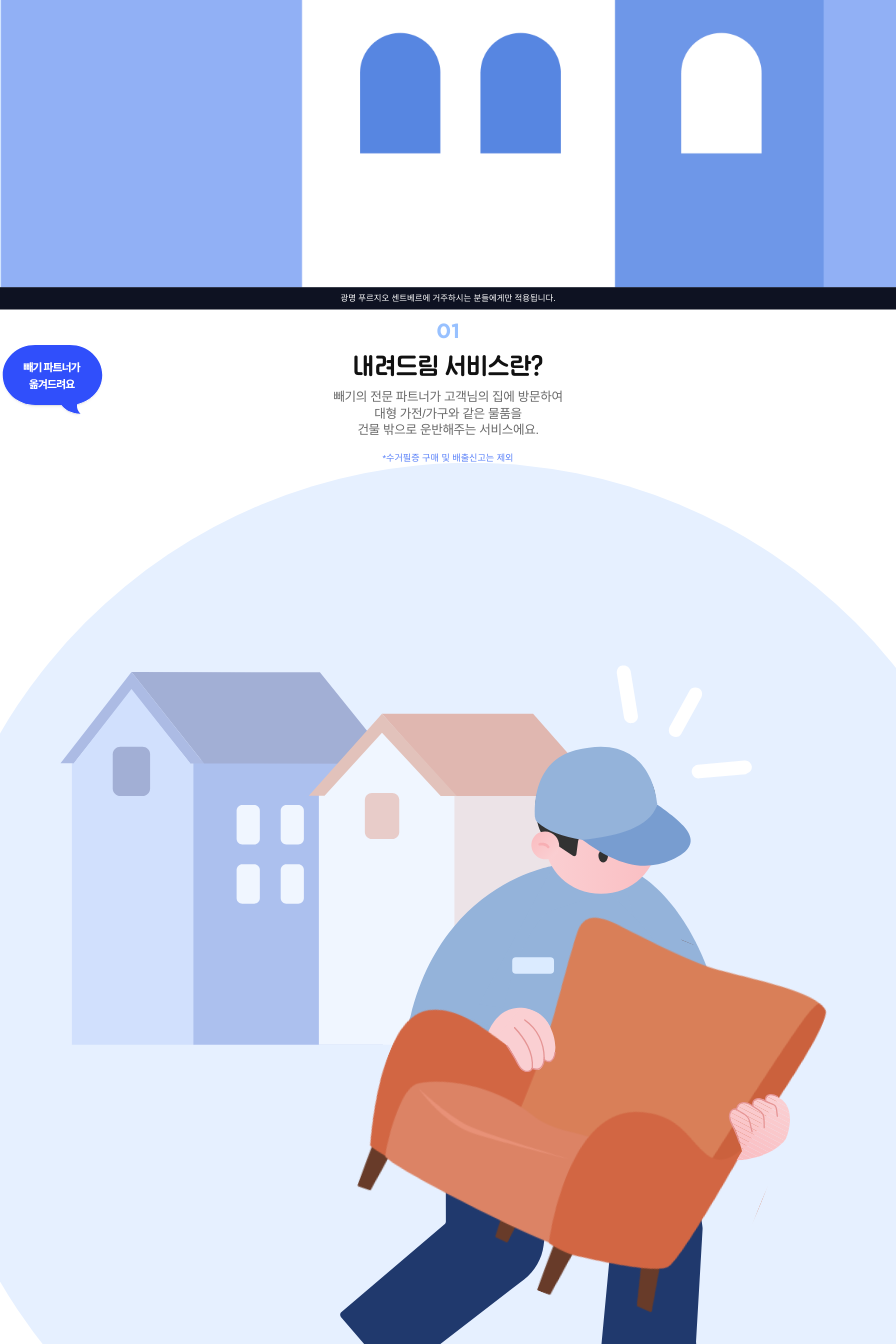
Repository: seraLeeDev/lgthinq-test
Page: index2.html
The author's editor kept a copy of each file at every save. The page is drawn from the files as they stood at one save, then again after the next save.
The browser window is 1280 px wide. The pictures show the part of the page from y = 3033 to 4953 px (the page is 19053 px tall), at 70% of full size.
Some web fonts or font styles are not loaded; a fallback is used.

Above is the page before, as saved 2023-03-15 12:57:55.
Console error: ReferenceError: AOS is not defined

### index2.html
<!DOCTYPE html>
<html lang="ko">
  <head>
    <meta charset="UTF-8" />
    <meta http-equiv="X-UA-Compatible" content="IE=edge" />
    <meta name="viewport" content="width=device-width, initial-scale=1.0" />
    <title>빼기 | 새롭게 버리는 공식</title>
    <link as="style" rel="stylesheet" href="/css/reset.css" />
    <link as="style" rel="stylesheet" href="/css/font.css" />
    <link as="style" rel="stylesheet" href="/css/style.css" />
    <link href="https://unpkg.com/aos@2.3.1/dist/aos.css" rel="stylesheet" />
    <link
      rel="stylesheet"
      href="https://cdn.jsdelivr.net/gh/orioncactus/pretendard@v1.3.5/dist/web/static/pretendard-dynamic-subset.css"
    />
    <link
      rel="apple-touch-icon"
      sizes="57x57"
      href="/icons/apple-icon-57x57.png"
    />
    <link
      rel="apple-touch-icon"
      sizes="60x60"
      href="/icons/apple-icon-60x60.png"
    />
    <link
      rel="apple-touch-icon"
      sizes="72x72"
      href="/icons/apple-icon-72x72.png"
    />
    <link
      rel="apple-touch-icon"
      sizes="76x76"
      href="/icons/apple-icon-76x76.png"
    />
    <link
      rel="apple-touch-icon"
      sizes="114x114"
      href="/icons/apple-icon-114x114.png"
    />
    <link
      rel="apple-touch-icon"
      sizes="120x120"
      href="/icons/apple-icon-120x120.png"
    />
    <link
      rel="apple-touch-icon"
      sizes="144x144"
      href="/icons/apple-icon-144x144.png"
    />
    <link
      rel="apple-touch-icon"
      sizes="152x152"
      href="/icons/apple-icon-152x152.png"
    />
    <link
      rel="apple-touch-icon"
      sizes="180x180"
      href="/icons/apple-icon-180x180.png"
    />
    <link
      rel="icon"
      type="image/png"
      sizes="192x192"
      href="/icons/android-icon-192x192.png"
    />
    <link
      rel="icon"
      type="image/png"
      sizes="32x32"
      href="/icons/favicon-32x32.png"
    />
    <link
      rel="icon"
      type="image/png"
      sizes="96x96"
      href="/icons/favicon-96x96.png"
    />
    <link
      rel="icon"
      type="image/png"
      sizes="16x16"
      href="/icons/favicon-16x16.png"
    />
    <script type="text/javascript" src="/js/index.js"></script>
    <script src="https://unpkg.com/aos@2.3.1/dist/aos.js"></script>
  </head>
  <body>
    <div class="wrapper">
      <!-- 메인 -->
      <article class="article-box">
        <div class="box-img-full">
          <img src="./img/[LG ThinQ] main img.gif" alt="내려드림,할인드림" />
        </div>
        <div class="main-notice">
          <p>광명 푸르지오 센트베르에 거주하시는 분들에게만 적용됩니다.</p>
        </div>
      </article>
      <!-- ThinQ & 빼기 설명 -->
      <article></article>
      <!-- 내려드림 소개 -->
      <article>
        <!-- 01. 내려드림 서비스란? -->
        <section class="section-wrap">
          <div class="box-content sec1">
            <b class="index text-blue-04-variation">01</b>
            <h2 class="GGothic h2">내려드림 서비스란?</h2>
            <p class="section-desc">
              빼기의 전문 파트너가 고객님의 집에 방문하여<br />
              대형 가전/가구와 같은 물품을<br />
              건물 밖으로 운반해주는 서비스에요.
            </p>
            <small class="section-caption text-blue-03"
              >*수거필증 구매 및 배출신고는 제외</small
            >
          </div>
          <div class="box-img-bubble">
            <img
              src="/img/01_bubble.svg"
              alt="빼기 파트너가 옮겨드려요 말풍선"
            />
          </div>
          <div class="box-img-full">
            <img src="/img/01_illust.svg" alt="사람이 물건을 옮기는 일러스트" />
          </div>
        </section>
        <!-- 02. 내려드림 추천 -->
        <section>
          <div class="box-content">
            <b class="index text-gray76">02</b>
            <h2 class="GGothic h2">
              <span class="text-blue-02">내려드림</span><br />
              이런 분들에게 추천해요!
            </h2>
          </div>

          <ul class="img-card-list">
            <li>
              <img src="./img/02_illust_1.svg" alt="무거운 물건 일러스트" />
            </li>
            <li>
              <img src="./img/02_illust_2.svg" alt="저렴한 가격 일러스트" />
            </li>
            <li>
              <img src="./img/02_illust_3.svg" alt="카드 결제 일러스트" />
            </li>
          </ul>
        </section>
        <!-- 03. 가격 설명 -->
        <section class="bg-receipt">
          <div class="box-content">
            <b class="index text-blue-04">03</b>
            <h2 class="GGothic h2">
              타 업체보다 <br /><span class="text-blue-etc text-highlight"
                >평균 40% 저렴</span
              >해요!
            </h2>
            <p class="section-desc">
              타 업체 견적가 데이터 기준으로<br />
              비교한 금액이에요.
            </p>
          </div>
          <ul class="img-card-list">
            <li>
              <img src="./img/03_illust_1.svg" alt="2인용 소파 가격 그래프" />
            </li>
            <li>
              <img src="./img/03_illust_2.svg" alt="2단 서랍장 가격 그래프" />
            </li>
          </ul>
        </section>
        <!-- 04. 내려드림 신청 방법 -->
        <section class="bg-blue02">
          <div class="box-content">
            <b class="index text-blue-04">04</b>
            <h2 class="GGothic h2 text-white">내려드림 신청 방법</h2>

            <div class="box-content">
              <span class="box-chip GGothic text-white bg-orange02 font-normal"
                >신청 전 확인하기</span
              >
              <div class="box-img-half">
                <img src="./img/apply_step0.svg" alt="회원가입 이미지" />
              </div>
              <p class="text-white section-desc sec4">
                <span class="text-yellow"
                  >이벤트 페이지에서 앱으로 설치·이동 후 <br />회원가입</span
                >을 해주세요
              </p>
            </div>
            <div class="bg-indigo box-caution">
              <img
                class="img-caution"
                src="./img/cancel_impossible_100_filled_gray.svg"
                alt="주의 아이콘"
              />
              <small class="text-indigo text-caution"
                >이벤트 페이지를 통하지 않으면 할인 혜택을 받기 어려워요.<br />
                꼭! 이벤트 페이지를 통해 빼기 앱을 설치해주세요.</small
              >
            </div>
            <div>
              <span class="box-chip GGothic text-white bg-lightblue Gotham"
                >STEP 01</span
              >
              <div class="box-img-half">
                <img src="./img/apply_step1.svg" alt="내려드림 선택 이미지" />
              </div>
              <p class="text-white section-desc sec4">
                메인 - 대형폐기물 탭 - 대신 버려주세요
              </p>
            </div>

            <div>
              <span class="box-chip GGothic text-white bg-lightblue Gotham"
                >STEP 02</span
              >
              <div class="box-img-half">
                <img src="./img/apply_step2.svg" alt="배출장소 선택 이미지" />
              </div>
              <p class="text-white section-desc sec4">
                물품 정보 입력 후 신청페이지에서<br />
                배출물품을 내려놓을 장소를 입력해주세요.
              </p>
            </div>
            <div>
              <span class="box-chip GGothic text-white bg-lightblue Gotham"
                >STEP 03</span
              >
              <div class="box-img-half">
                <img src="./img/apply_step3.svg" alt="내려드림 작업 이미지" />
              </div>
              <p class="text-white section-desc sec4">
                파트너님이 방문해서<br />
                지정하신 장소에 물품을 내려드려요.
              </p>
            </div>
            <div>
              <span class="box-chip GGothic text-white bg-lightblue Gotham"
                >STEP 04</span
              >
              <div class="box-img-half">
                <img src="./img/apply_step4.svg" alt="수거필증 구매 이미지" />
              </div>
              <p class="text-white section-desc sec4">
                작업 완료 후 고객님이<br />
                수거필증을 구매해주셔야해요.
              </p>
            </div>
            <div>
              <span class="box-chip GGothic text-white bg-lightblue Gotham"
                >STEP 05</span
              >
              <div class="box-img-half">
                <img src="./img/apply_step5.svg" alt="빼기번호 부착 이미지" />
              </div>
              <p class="text-white section-desc sec4">
                수거필증 결제 후 제공되는 빼기 번호를<br />
                배출 물품에 떨어지지 않도록 부착해주세요.
              </p>
            </div>
          </div>
        </section>
      </article>
      <!-- 05 : 자주묻는 질문-->
      <article class="bg-black">
        <section>
          <div class="box-content">
            <b class="index text-blue-02">05</b>
            <h2 class="GGothic h2 text-white">자주 묻는 질문</h2>
            <p class="section-desc text-grayb9">
              내려드림과 관련한<br />
              자주 묻는 질문을 정리해뒀어요.
            </p>
          </div>

          <ul class="faq-list">
            <li>
              <div class="faq-head">
                <h5 class="font-bold text-question">Q. 내려드림이 뭐에요?</h5>
                <i class="btn-faq-toggle">
                  <img src="/img/icon_plus_24_black.svg" alt="플러스 버튼" />
                </i>
              </div>
              <p class="text-answer font-normal">
                내려드림이란 빼기의 전문 파트너가 고객님의 집에 방문하여 대형
                가전/가구와 같은 물품을 건물 밖으로 운반해주는 서비스입니다.
              </p>
            </li>
            <li>
              <div class="faq-head">
                <h5 class="font-bold text-question">
                  Q. 수거 필증을 왜 구매해야 하나요?
                </h5>
                <i class="btn-faq-toggle">
                  <img src="/img/icon_plus_24_black.svg" alt="플러스 버튼" />
                </i>
              </div>
              <p class="text-answer font-normal">
                지자체에서 발급되는 수거필증을 구매해야만 내려드림으로 신청하신
                물품이 수거가 됩니다.
              </p>
            </li>
            <li>
              <div class="faq-head">
                <h5 class="font-bold text-question">
                  Q. ThinQ 회원 5% 할인은 어떻게 받나요?
                </h5>
                <i class="btn-faq-toggle">
                  <img src="/img/icon_plus_24_black.svg" alt="플러스 버튼" />
                </i>
              </div>
              <p class="text-answer font-normal">
                이벤트 페이지 내 버튼을 통하여 빼기 앱 설치 후 광명 푸르지오
                센트베르 거주자에 한하여 할인 혜택이 적용됩니다.
              </p>
            </li>
            <li>
              <div class="faq-head">
                <h5 class="font-bold text-question">
                  Q. 일정 변경이 가능한가요?
                </h5>
                <i class="btn-faq-toggle">
                  <img src="/img/icon_plus_24_black.svg" alt="플러스 버튼" />
                </i>
              </div>
              <p class="text-answer font-normal">
                파트너 매칭 전에는 일정 변경이 언제든 가능하며, 파트너 매칭 후
                일정 변경을 희망하실 경우, 매칭 된 빼기 파트너와 직접 일정을
                협의하셔야 합니다.
              </p>
            </li>
            <li>
              <div class="faq-head">
                <h5 class="font-bold text-question">Q. 그 외 질문</h5>
                <i class="btn-faq-toggle">
                  <img src="/img/icon_plus_24_black.svg" alt="플러스 버튼" />
                </i>
              </div>
              <div>
                <p class="text-answer font-normal">
                  빼기 FAQ 페이지에서 더 많은 질문을 확인할 수 있습니다.
                </p>
                <a class="btn-faq-link">다른 질문 확인하기</a>
              </div>
            </li>
          </ul>
        </section>
        <footer>
          <div class="box-img-full">
            <img src="/img/banner.svg" alt="내려드림 이동 배너" />
          </div>
          <div class="footer-logo">
            <p class="text-white">새롭게 버리는 공식</p>
            <img src="/img/bbegi_app_logo.svg" alt="빼기 로고" />
          </div>
        </footer>
      </article>
      <!-- 플로팅 버튼 -->
      <!-- <div class="box-float">
        <button class="btn-float font-bold">빼기 바로가기</button>
      </div> -->
    </div>
  </body>
</html>

### css/font.css
@charset "UTF-8";

@font-face {
  font-family: "Pretendard";
  src: url("https://cdn.jsdelivr.net/gh/orioncactus/pretendard@v1.3.5/dist/web/static/pretendard-dynamic-subset.css");
}

@font-face {
  font-family: "HGSoftGGothicssi";
  font-style: normal;
  font-weight: 100;
  src: url(/font/HGSoftGGothicssi-00g.woff2) format("woff2"),
    url(/font/HGSoftGGothicssi-00g.woff) format("woff"),
    url(/font/HGSoftGGothicssi-00g.otf) format("opentype");
}

@font-face {
  font-family: "HGSoftGGothicssi";
  font-style: normal;
  font-weight: 200;
  src: url(/font/HGSoftGGothicssi-20g.woff2) format("woff2"),
    url(/font/HGSoftGGothicssi-20g.woff) format("woff"),
    url(/font/HGSoftGGothicssi-20g.otf) format("opentype");
}

@font-face {
  font-family: "HGSoftGGothicssi";
  font-style: normal;
  font-weight: 400;
  src: url(/font/HGSoftGGothicssi-40g.woff2) format("woff2"),
    url(/font/HGSoftGGothicssi-40g.woff) format("woff"),
    url(/font/HGSoftGGothicssi-40g.otf) format("opentype");
}

@font-face {
  font-family: "HGSoftGGothicssi";
  font-style: normal;
  font-weight: 600;
  src: url(/font/HGSoftGGothicssi-60g.woff2) format("woff2"),
    url(/font/HGSoftGGothicssi-60g.woff) format("woff"),
    url(/font/HGSoftGGothicssi-60g.otf) format("opentype");
}

@font-face {
  font-family: "HGSoftGGothicssi";
  font-style: normal;
  font-weight: 800;
  src: url(/font/HGSoftGGothicssi-80g.woff2) format("woff2"),
    url(/font/HGSoftGGothicssi-80g.woff) format("woff"),
    url(/font/HGSoftGGothicssi-80g.otf) format("opentype");
}

@font-face {
  font-family: "HGSoftGGothicssi";
  font-style: normal;
  font-weight: 900;
  src: url(/font/HGSoftGGothicssi-90g.woff2) format("woff2"),
    url(/font/HGSoftGGothicssi-90g.woff) format("woff"),
    url(/font/HGSoftGGothicssi-90g.otf) format("opentype");
}

@font-face {
  font-family: "Gotham";
  font-style: normal;
  font-weight: 700;
  src: url(/font/Gotham-Bold.woff2) format("woff2"),
    url(/font/Gotham-Bold.woff) format("woff"),
    url(/font/Gotham-Bold.otf) format("opentype");
}

### css/style.css
@charset "UTF-8";
/*
*
* TYPOGRAPHY
*
*/
html,
body,
.wrapper {
  font-family: "Pretendard", sans-serif !important;
  font-size: 10px; /*1rem: 10px*/
}
.GGothic {
  font-family: "HGSoftGGothicssi", sans-serif !important;
}
.Gotham {
  font-family: "Gotham", sans-serif !important;
}
.font-normal {
  font-weight: 400 !important;
}
.font-semiBold {
  font-weight: 600 !important;
}
.font-bold {
  font-weight: 800 !important;
}
.font-extraBold {
  font-weight: 900 !important;
}
.index {
  font-family: "Gotham", sans-serif !important;
  font-size: 6rem;
}
.h2 {
  margin-bottom: 12px;
  text-align: center;
  font-size: 7rem !important;
  line-height: 0.6;
  color: #111;
}
.section-desc {
  font-size: 1.8rem;
  line-height: 1.3;
  color: #6a6a6a;
  letter-spacing: -0.5px;
}
.section-caption {
  display: inline-block;
  margin-top: 22px;
  font-size: 13px;
}
.text-gray-01 {
  color: #111111 !important;
}
.text-blue-02 {
  color: #304ffb !important;
}
.text-blue-03 {
  color: #5980f9 !important;
}
.text-blue-04 {
  color: #8fb5ff !important;
}
.text-blue-04-variation {
  color: #98c1ff !important;
}
.text-blue-etc {
  color: #2285fa !important;
}
.text-indigo {
  color: #9aa9ff !important;
}
.text-white {
  color: #fff;
}
.text-grayb9 {
  color: #b9b9b9 !important;
}
.text-gray76 {
  color: #767676 !important;
}
.text-yellow {
  color: #ffed8f !important;
}
.index {
  margin-bottom: 15px;
}
.text-caution {
  font-size: 1.2rem;
  line-height: 1.2;
}
.text-question {
  font-size: 1.8rem;
}
.text-answer {
  width: 90%;
  margin-top: 20px;
  font-size: 1.6rem;
  line-height: 1.2;
}
.text-answer::before {
  content: "•";
  padding-right: 5px;
}
/*
*
* COMMON
*
*/

.box-img-full {
  width: 100%;
}
.box-img-full img,
.box-img-half img {
  width: 100%;
  vertical-align: bottom;
}
.box-img-half {
  width: 50%;
  margin: 0 auto;
}
.box-content {
  width: 100%;
  text-align: center;
}
.box-content .sec1 {
  padding: 90px 54px 0;
}
.box-caution {
  display: flex;
  flex-direction: column;
  justify-content: center;
  align-items: center;
  padding: 40px;
}
.box-float {
  position: fixed;
  bottom: 135px;
  display: flex;
  justify-content: center;
  align-items: center;
  width: 100%;
  height: 75px;
}
.box-chip {
  padding: 0.5rem 1.5rem;
  font-size: 2.8rem;
  font-weight: 700;
  border-radius: 50px;
  color: white;
  text-align: center;
  letter-spacing: 0;
}
.bg-orange02 {
  background-color: #f78752 !important;
}
.bg-lightblue {
  background-color: #7d9aff !important;
}
.bg-blue02 {
  background-color: #304ffb !important;
}
.bg-indigo {
  background-color: #192250 !important;
}
.bg-black {
  background-color: #262626 !important;
}
.bg-receipt {
  padding: 100px 0;
  background-color: #edf1ff;
  position: relative;
}
.bg-receipt::before,
.bg-receipt::after {
  position: absolute;
  content: "●●●●●●●●●●●●●●●●●●";
  font-size: 2rem;
  letter-spacing: 6px;
}
.bg-receipt::before {
  color: white;
  top: -10px;
}
.bg-receipt::after {
  color: #304ffb;
  bottom: -10px;
}
.img-card-list {
  width: 100%;
}
.img-card-list li {
  padding: 0 20px;
  margin-bottom: 20px;
}
.img-card-list li:last-child {
  margin: 0;
}
.img-card-list li img {
  width: 100%;
}
.main-notice {
  width: 100%;
  padding: 10px 0;
  background: #0e1222;
}
.main-notice p {
  width: 100%;
  text-align: center;
  font-size: 1.2rem;
  color: #fff;
}
/* article 1 style */
.section-wrap {
  position: relative;
}
.box-img-bubble {
  position: absolute;
  top: 50px;
  width: 150px;
}
.box-img-bubble img {
  width: 100%;
}
.sec1 .box-img-full {
  margin-top: 45px;
}

/* article 2 style */
/* article 3 style */
.text-highlight {
  padding: 0 5px;
  background: url(/img/marker_line.svg) no-repeat 50% 120%;
  background-size: 100%;
}
/* article 4 style */
.section-desc .sec4 {
  letter-spacing: -0.3px;
  font-weight: 400;
}
.img-caution {
  display: block;
  width: 30px;
}
/* article 5 style */
.faq-list {
  padding: 0 24px;
  color: #b9b9b9;
}
.faq-list li {
  padding: 30px 0;
  border-bottom: 1px solid #666666;
}
.faq-list li:last-child {
  border-bottom: none;
}
.faq-head {
  display: flex;
  justify-content: space-between;
  align-items: center;
  width: 100%;
}
/* footer */
.footer-logo {
  display: flex;
  flex-direction: column;
  justify-content: center;
  align-items: center;
  padding: 70px 0;
}
.footer-logo p {
  font-size: 1.8rem;
  margin-bottom: 10px;
}
.footer-logo img {
  width: 100px;
}
/*
*
*BUTTON
*
*/
.btn-faq-toggle {
  display: flex;
  justify-content: center;
  align-items: center;
  width: 40px;
  height: 40px;
}
.btn-faq-toggle img {
  display: block;
  width: 18px;
  height: 18px;
}
.btn-faq-link {
  display: inline-block;
  padding: 10px 15px;
  margin-top: 18px;
  border: 1px solid #b9b9b9;
  font-size: 1.6rem;
  border-radius: 50px;
}
.btn-float {
  width: 80%;
  height: 100%;
  margin: 0 auto;
  font-size: 2.4rem;
  color: white;
  background: #1331d9;
  border-radius: 50px;
  border: none;
  outline: none;
  box-shadow: 0px 10px 20px -5px rgba(0, 0, 0, 0.2);
}

Loaded but not shown: css/reset.css (common file); js/index.js (common file)

After the next save:
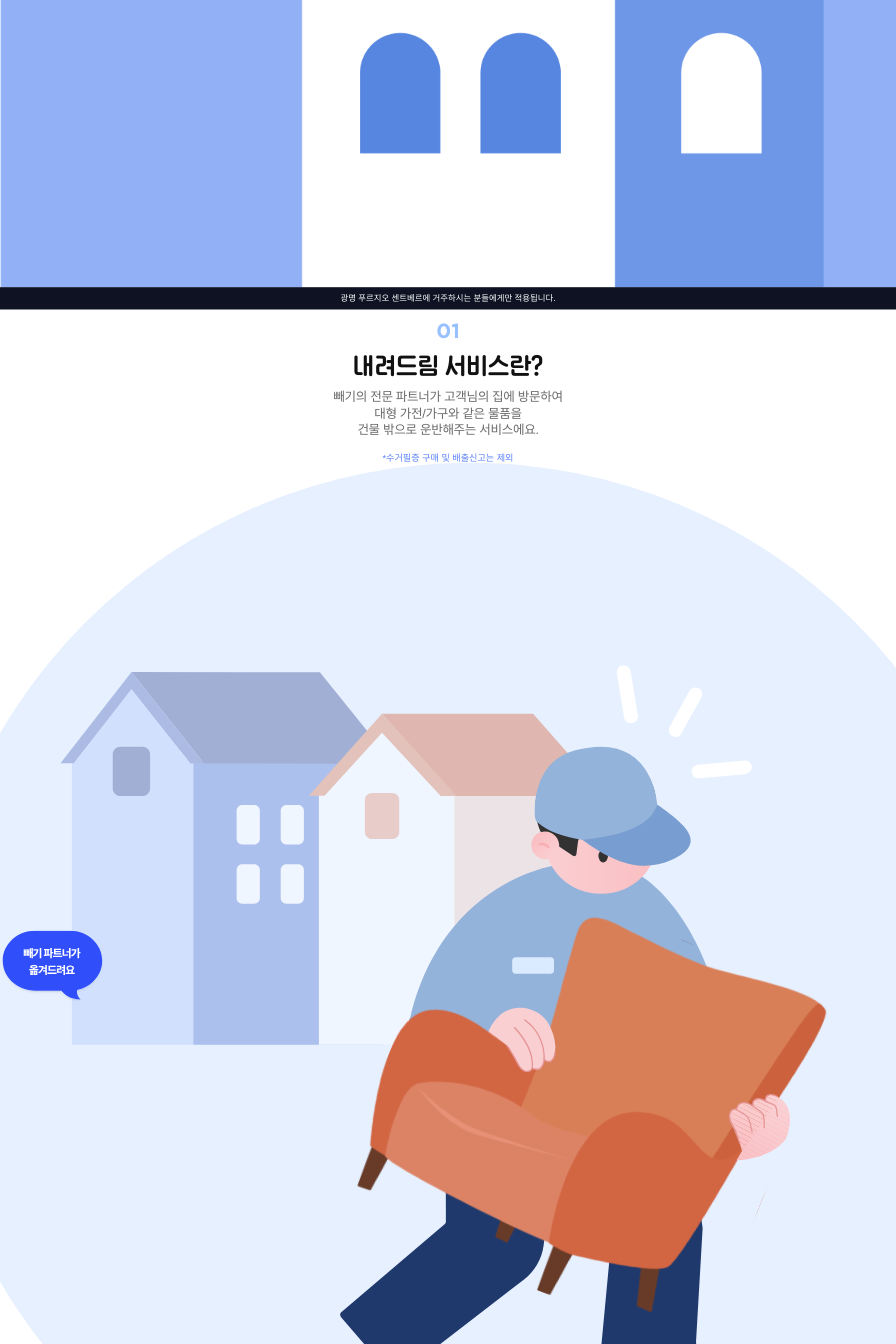
Saved 4 s later.
--- a/css/style.css
+++ b/css/style.css
@@ -218,7 +218,7 @@ body,
 }
 .box-img-bubble {
   position: absolute;
-  top: 50px;
+  top: 50%;
   width: 150px;
 }
 .box-img-bubble img {
